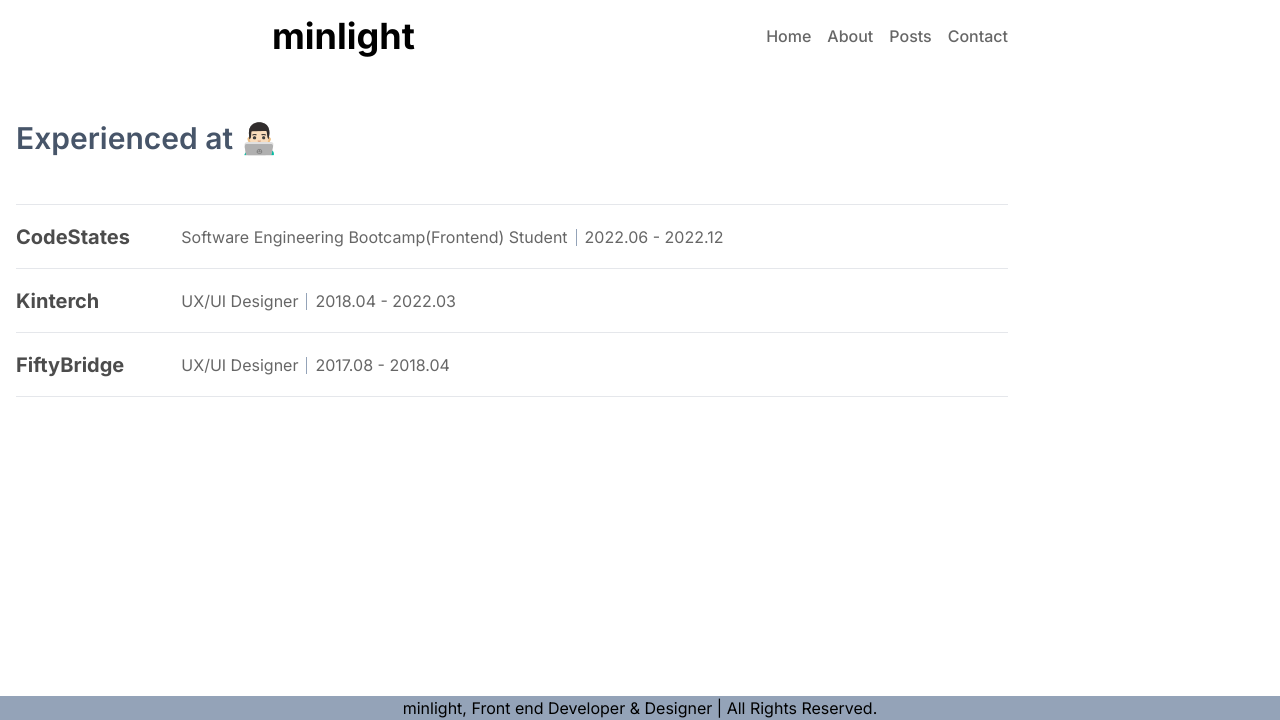
Repository: kwngmin/minlight-blog
Page: /about
An editor plug-in stored every save of this project. The page is shown before and after the next save, followed by the edit.
The browser window is 1280 px wide. The pictures show the whole page.
The project was rebuilt for these pictures with package versions that can differ from the ones it lists, and the page was loaded fresh each time. The framework's server and built-in components were replaced by stand-ins that run in the browser. Also part of the build but not shown: next.config.js.

Above is the page before, as saved 2023-04-01 01:01:39.

### src/app/layout.tsx
import Footer from "@/components/Footer";
import "./globals.css";
import { Inter } from "next/font/google";
import Header from "@/components/Header";

const inter = Inter({ subsets: ["latin"] });

export const metadata = {
  title: "Create Next App",
  description: "Generated by create next app",
};

export default function RootLayout({
  children,
}: {
  children: React.ReactNode;
}) {
  return (
    <html lang="en" className={inter.className}>
      <body className="flex flex-col">
        <Header />
        <main className="grow px-4 pb-8 max-w-screen-lg">{children}</main>
        <Footer />
      </body>
    </html>
  );
}

### src/app/about/page.tsx
export default function AboutPage() {
  const careerData = [
    {
      company: "CodeStates",
      role: "Software Engineering Bootcamp(Frontend) Student",
      period: "2022.06 - 2022.12",
    },
    {
      company: "Kinterch",
      role: "UX/UI Designer",
      period: "2018.04 - 2022.03",
    },
    {
      company: "FiftyBridge",
      role: "UX/UI Designer",
      period: "2017.08 - 2018.04",
    },
  ];
  return (
    <article>
      <h2 className="text-3xl font-semibold text-slate-600 border-b py-12">
        Experienced at 👨🏻‍💻
      </h2>
      <ul>
        {careerData.map(({ company, role, period }) => (
          <li key={company} className="flex items-center h-16 border-b">
            <h3 className="font-bold text-xl w-1/6 text-black/70">{company}</h3>
            <p className="text-black/60">
              {role}
              <span className="border-l text-sm mx-2 border-slate-400" />
              {period}
            </p>
          </li>
        ))}
      </ul>
    </article>
  );
}

### src/components/Footer.tsx
export default function Footer() {
  return (
    <p className="bg-slate-400 text-center">
      minlight, Front end Developer & Designer | All Rights Reserved.
    </p>
  );
}

### src/app/globals.css
@tailwind base;
@tailwind components;
@tailwind utilities;

* {
  box-sizing: border-box;
  padding: 0;
  margin: 0;
}

html,
body {
  height: 100vh;
  overflow-y: auto;
}

/*
:root {
  --max-width: 1100px;
  --border-radius: 12px;
  --font-mono: ui-monospace, Menlo, Monaco, "Cascadia Mono", "Segoe UI Mono",
    "Roboto Mono", "Oxygen Mono", "Ubuntu Monospace", "Source Code Pro",
    "Fira Mono", "Droid Sans Mono", "Courier New", monospace;

  --foreground-rgb: 0, 0, 0;
  --background-start-rgb: 214, 219, 220;
  --background-end-rgb: 255, 255, 255;

  --primary-glow: conic-gradient(
    from 180deg at 50% 50%,
    #16abff33 0deg,
    #0885ff33 55deg,
    #54d6ff33 120deg,
    #0071ff33 160deg,
    transparent 360deg
  );
  --secondary-glow: radial-gradient(
    rgba(255, 255, 255, 1),
    rgba(255, 255, 255, 0)
  );

  --tile-start-rgb: 239, 245, 249;
  --tile-end-rgb: 228, 232, 233;
  --tile-border: conic-gradient(
    #00000080,
    #00000040,
    #00000030,
    #00000020,
    #00000010,
    #00000010,
    #00000080
  );

  --callout-rgb: 238, 240, 241;
  --callout-border-rgb: 172, 175, 176;
  --card-rgb: 180, 185, 188;
  --card-border-rgb: 131, 134, 135;
}

@media (prefers-color-scheme: dark) {
  :root {
    --foreground-rgb: 255, 255, 255;
    --background-start-rgb: 0, 0, 0;
    --background-end-rgb: 0, 0, 0;

    --primary-glow: radial-gradient(rgba(1, 65, 255, 0.4), rgba(1, 65, 255, 0));
    --secondary-glow: linear-gradient(
      to bottom right,
      rgba(1, 65, 255, 0),
      rgba(1, 65, 255, 0),
      rgba(1, 65, 255, 0.3)
    );

    --tile-start-rgb: 2, 13, 46;
    --tile-end-rgb: 2, 5, 19;
    --tile-border: conic-gradient(
      #ffffff80,
      #ffffff40,
      #ffffff30,
      #ffffff20,
      #ffffff10,
      #ffffff10,
      #ffffff80
    );

    --callout-rgb: 20, 20, 20;
    --callout-border-rgb: 108, 108, 108;
    --card-rgb: 100, 100, 100;
    --card-border-rgb: 200, 200, 200;
  }
}

* {
  box-sizing: border-box;
  padding: 0;
  margin: 0;
}

html,
body {
  max-width: 100vw;
  overflow-x: hidden;
}

body {
  color: rgb(var(--foreground-rgb));
  background: linear-gradient(
      to bottom,
      transparent,
      rgb(var(--background-end-rgb))
    )
    rgb(var(--background-start-rgb));
}

a {
  color: inherit;
  text-decoration: none;
}

@media (prefers-color-scheme: dark) {
  html {
    color-scheme: dark;
  }
} */

### src/components/Header.tsx
import Link from "next/link";

const navData = [
  { name: "Home", path: "/" },
  { name: "About", path: "/about" },
  { name: "Posts", path: "/posts" },
  { name: "Contact", path: "/contact" },
];

export default function Header() {
  return (
    <div className="w-full flex justify-between items-center p-4 mx-auto max-w-screen-md">
      <Link href="/">
        <h1 className="text-4xl font-bold">minlight</h1>
      </Link>
      <nav className="flex gap-4">
        {navData.map(({ name, path }) => (
          <Link
            href={path}
            key={path}
            className="text-black/60 hover:text-black font-medium hover:underline decoration-slate-400 hover:decoration-4 underline-offset-8"
          >
            {name}
          </Link>
        ))}
      </nav>
    </div>
  );
}

### tailwind.config.js
/** @type {import('tailwindcss').Config} */
module.exports = {
  content: ["./src/**/*.{js,ts,jsx,tsx}"],
  theme: {
    extend: {},
  },
  plugins: [require("@tailwindcss/typography")],
};

After the next save:
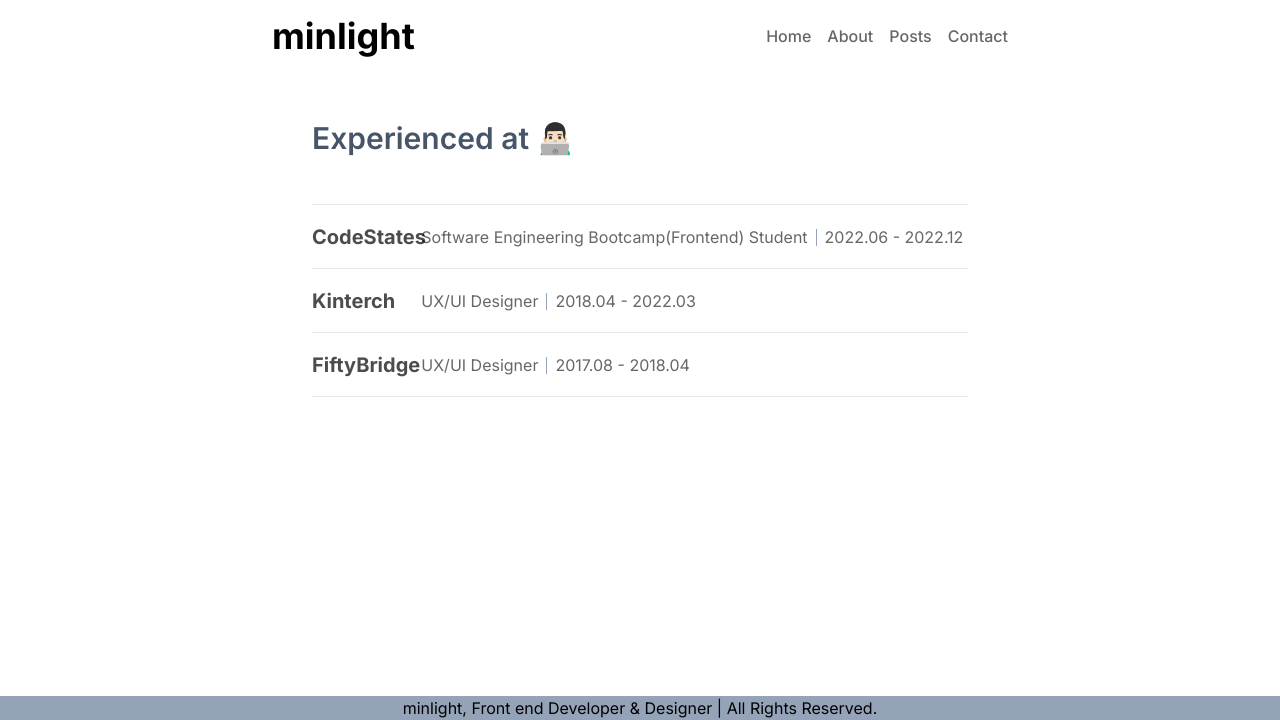
Saved 27 s later.
--- a/src/app/layout.tsx
+++ b/src/app/layout.tsx
@@ -19,7 +19,9 @@
     <html lang="en" className={inter.className}>
       <body className="flex flex-col">
         <Header />
-        <main className="grow px-4 pb-8 max-w-screen-lg">{children}</main>
+        <main className="grow px-4 pb-8 max-w-screen-lg mx-auto">
+          {children}
+        </main>
         <Footer />
       </body>
     </html>

After the save that followed:
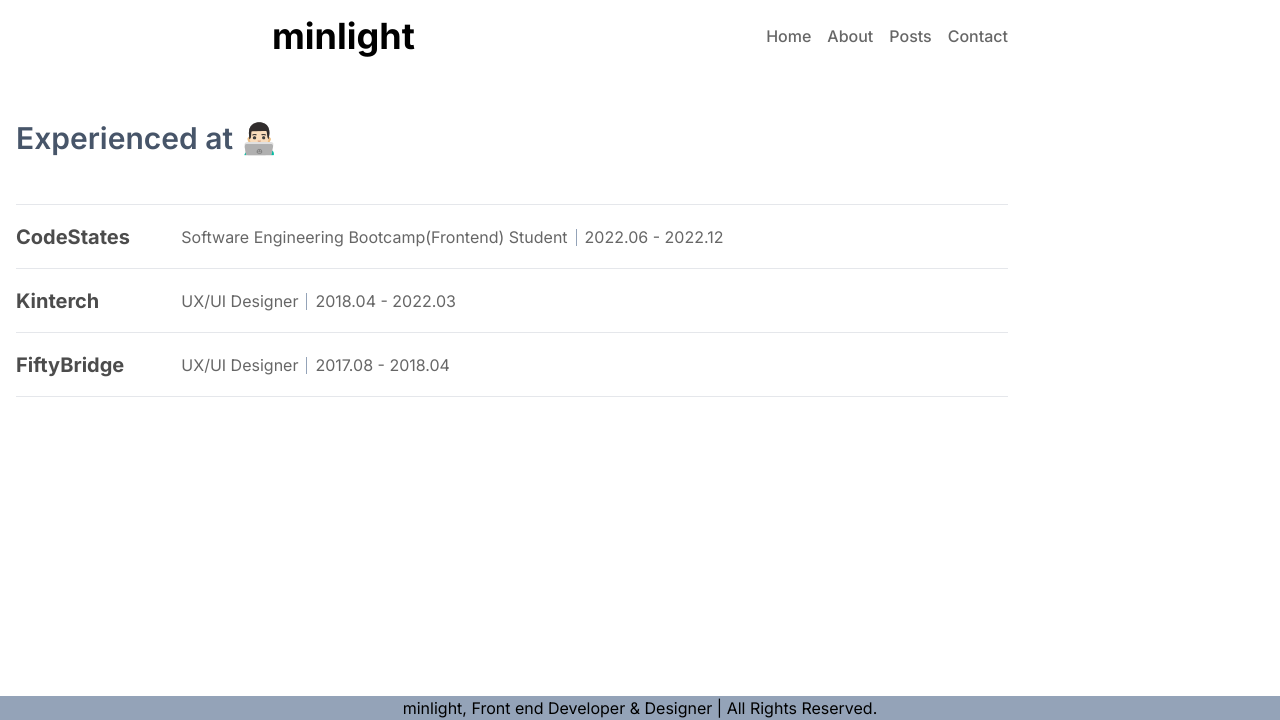
Saved 20 s later.
--- a/src/app/layout.tsx
+++ b/src/app/layout.tsx
@@ -19,9 +19,7 @@
     <html lang="en" className={inter.className}>
       <body className="flex flex-col">
         <Header />
-        <main className="grow px-4 pb-8 max-w-screen-lg mx-auto">
-          {children}
-        </main>
+        <main className="grow px-4 pb-8 max-w-screen-lg">{children}</main>
         <Footer />
       </body>
     </html>
